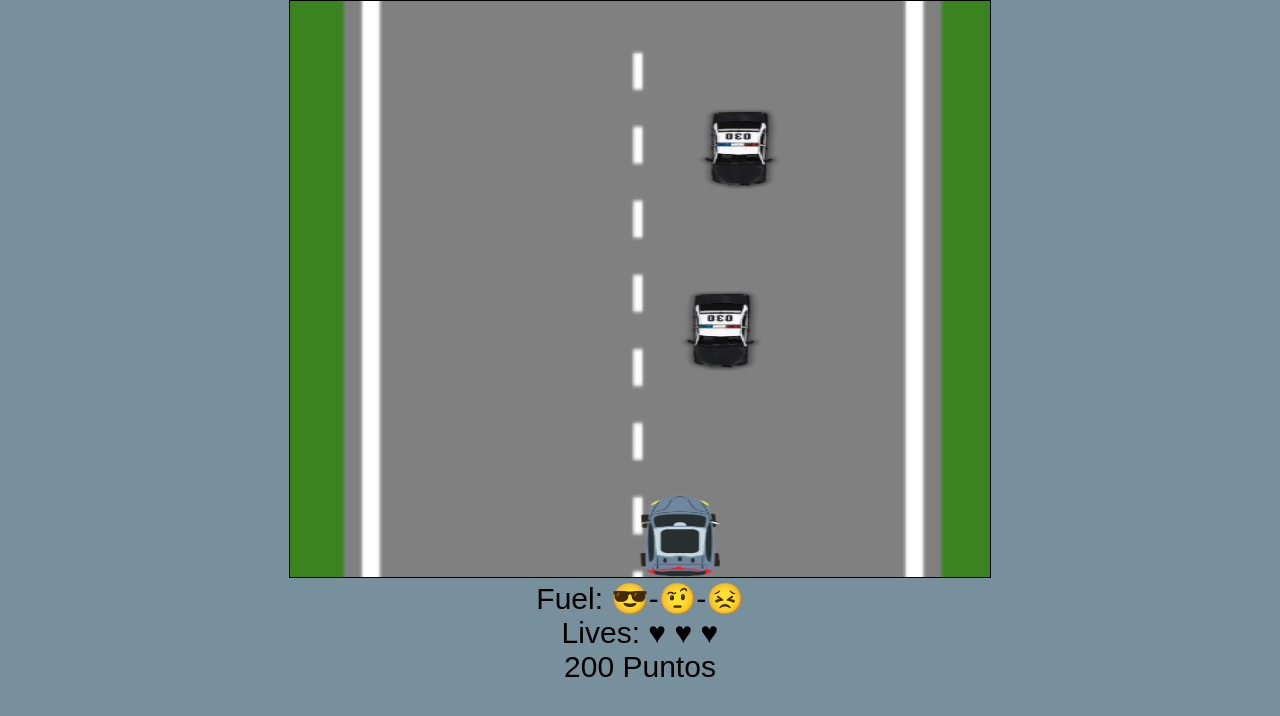
Repository: ChristianGecchelin/ironCarGame
Page: canvas.html
These files come from the project's save history. The page is drawn as it stood at one moment and after the next save; the edit follows.
The browser window is 1280 px wide. The pictures show the whole page.

Above is the page before, as saved 2022-06-15 16:49:02.

After the next save:
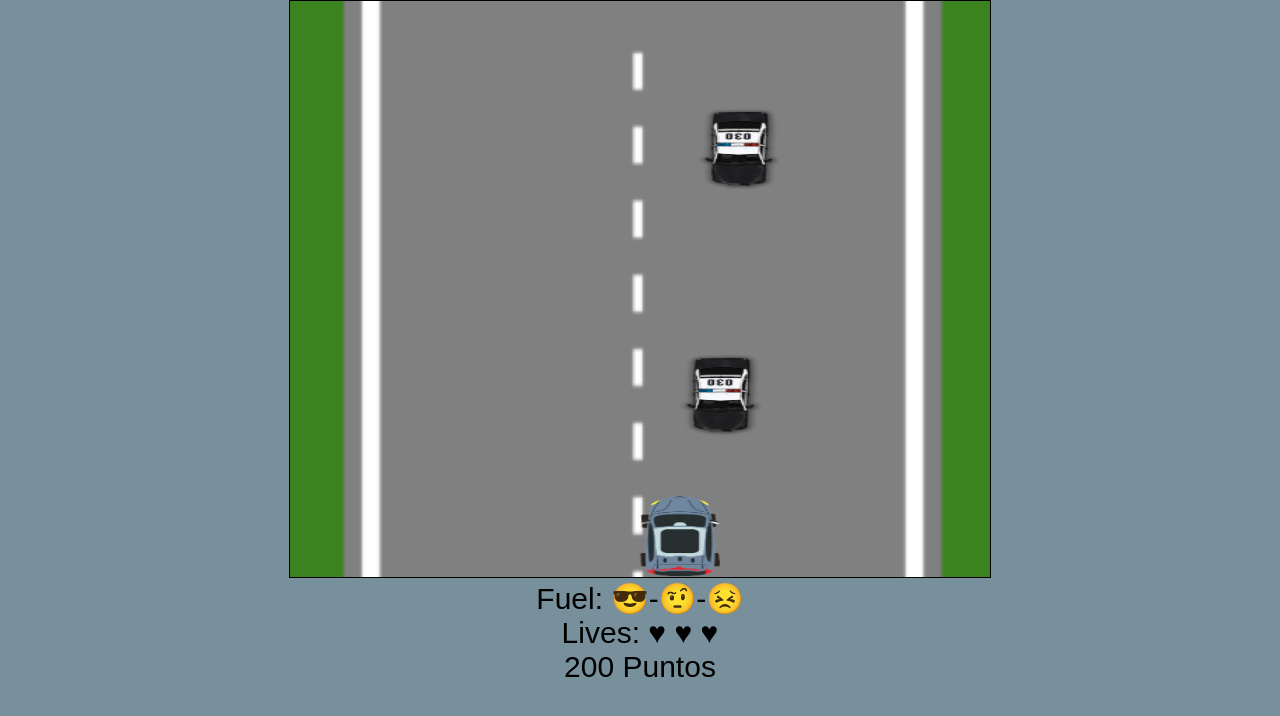
Saved 82 s later.
--- a/src/index.js
+++ b/src/index.js
@@ -31,7 +31,7 @@
     100,
     enemyImage,
     ctx,
-    Math.floor(Math.random() * (15 - 7) + 7)
+    Math.floor(Math.random() * (15 - 10) + 10)
   );
   enemies.push(enemy);
   console.log(enemy.step);
